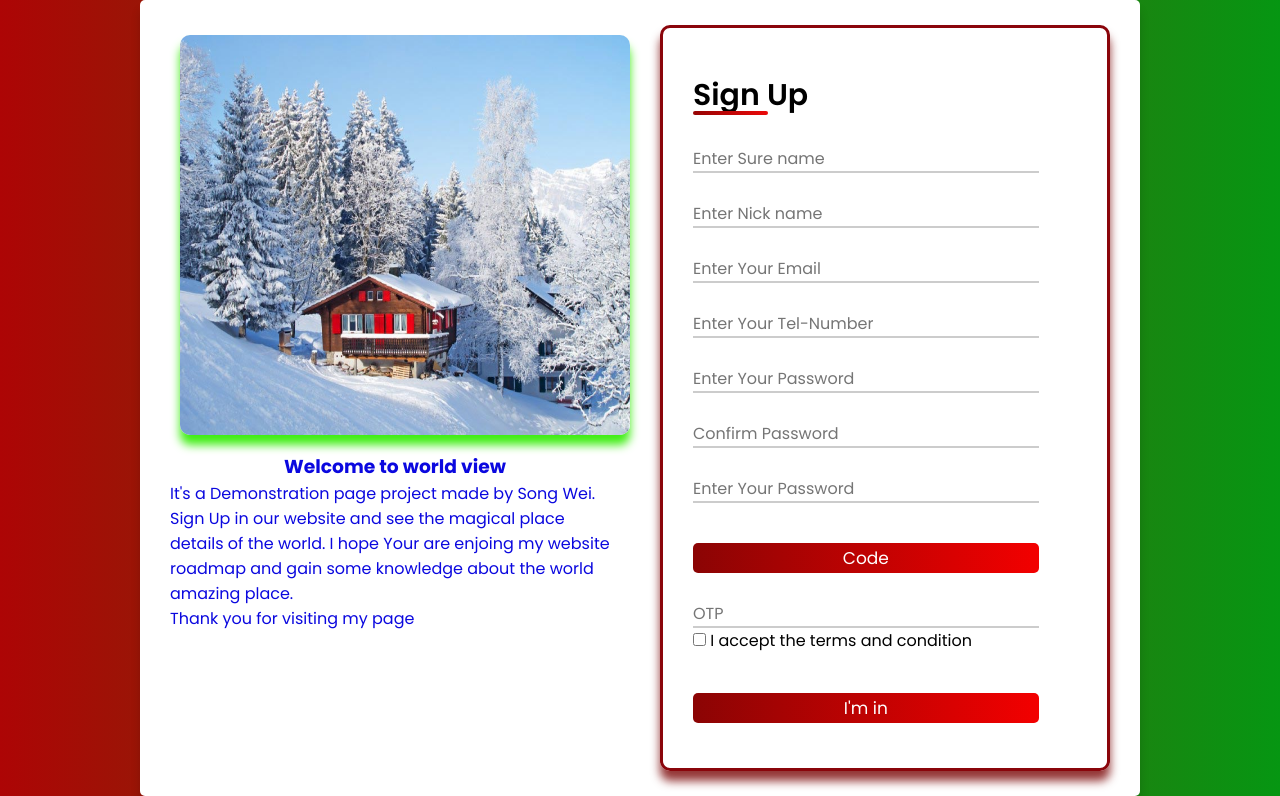
Repository: dev-ashik/Halloween
Page: Reg Page/Index.html
These files come from the project's save history. The page is drawn as it stood at one moment and after the next save; the edit follows.
The browser window is 1280 px wide. The pictures show the whole page.

Above is the page before, as saved 2021-12-21 22:44:17.

After the next save:
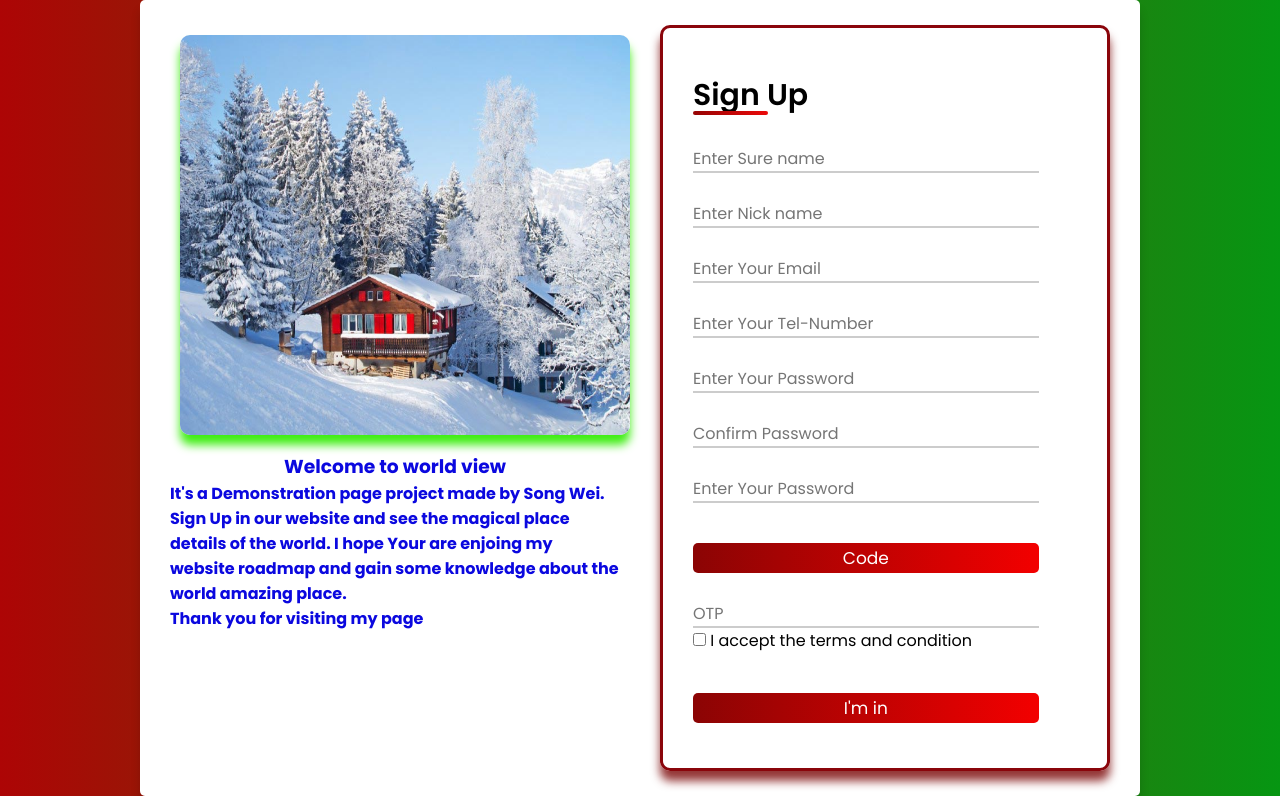
Saved 8 s later.
--- a/Reg Page/CSS/main.css
+++ b/Reg Page/CSS/main.css
@@ -49,6 +49,7 @@ body {
 
 .con .bann p {
     color: #0b08df;
+    font-weight: bolder;
 }
 
 .con .form {
